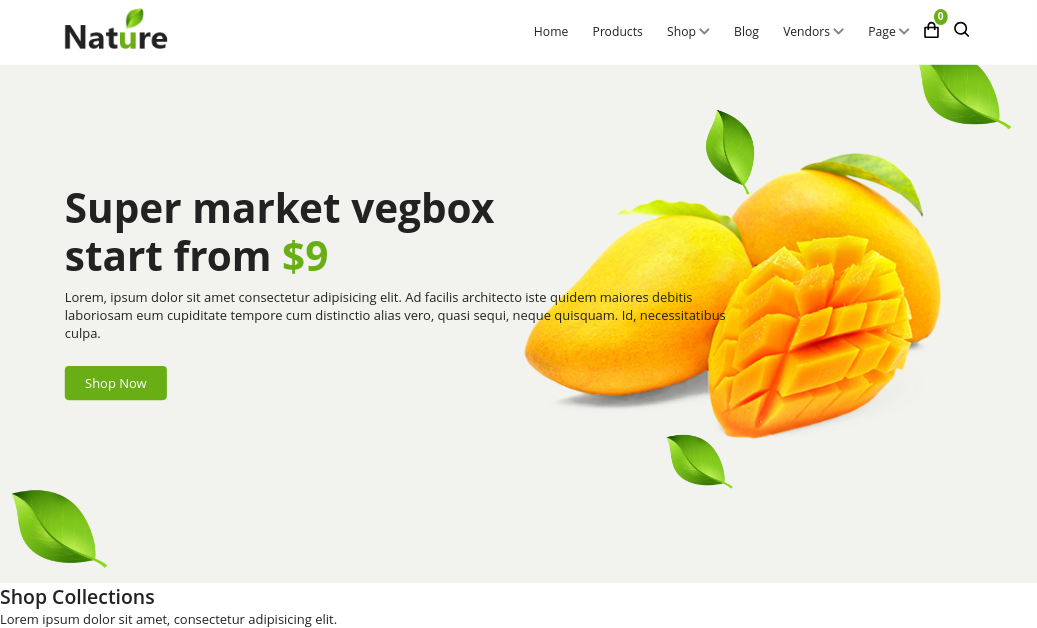
Repository: hoanggiainfomation/hoanggiainfomation.github.io
Page: index.html
An editor plug-in stored every save of this project. The page is shown before and after the next save, followed by the edit.
The browser window is 1280 px wide. The pictures show the whole page, at 81% of full size.
Some web libraries are served in a nearby version.

Above is the page before, as saved 2021-08-17 19:56:42.

After the next save:
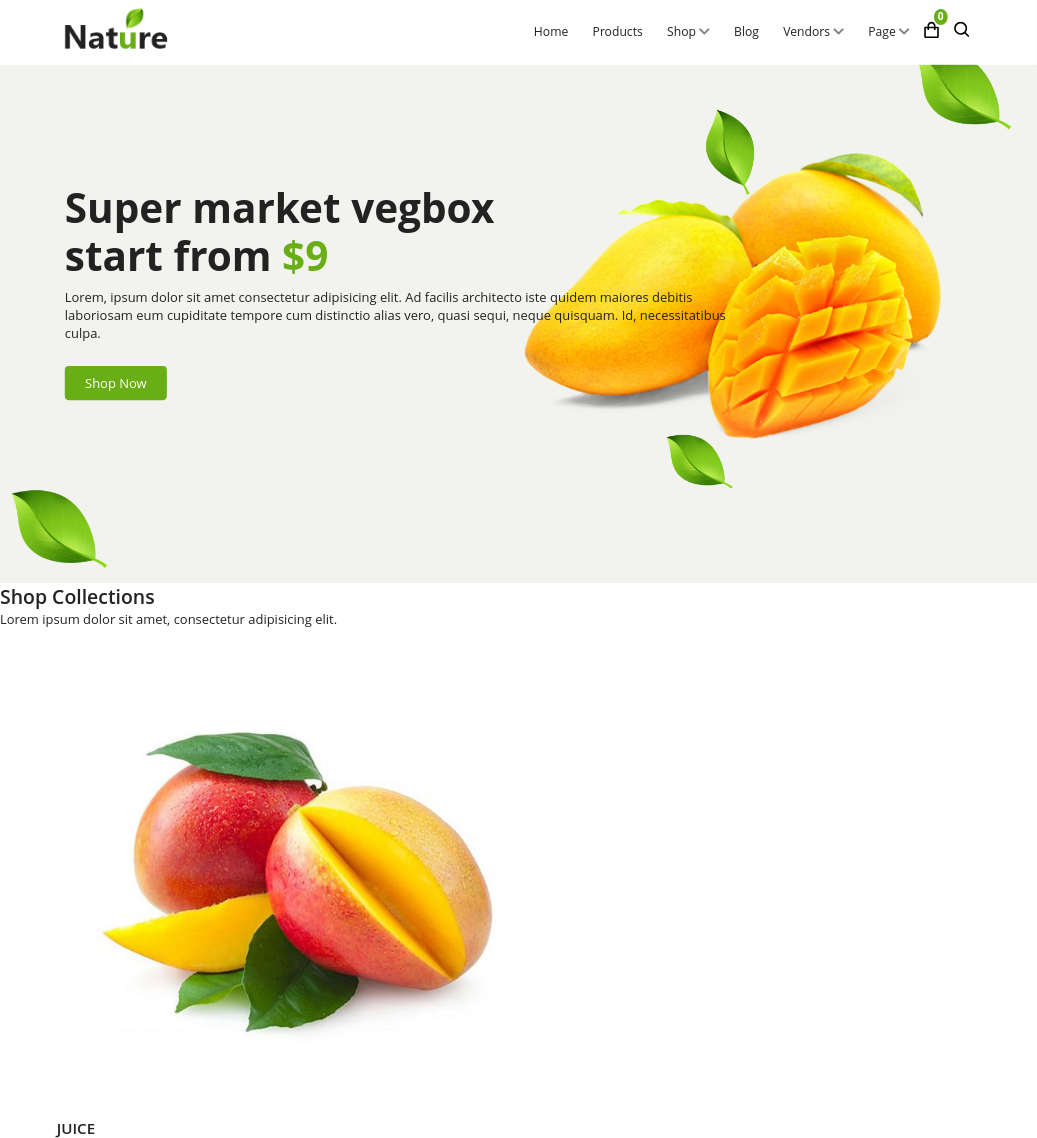
Saved 74 s later.
--- a/index.html
+++ b/index.html
@@ -211,6 +211,14 @@
         <h2>Shop Collections</h2>
         <span>Lorem ipsum dolor sit amet, consectetur adipisicing elit.</span>
       </div>
+      <div class="collection-layout container">
+        <div class="collection-item">
+          <img src="./images/product-1.jpg" alt="" />
+          <div class="collection-content">
+            <h3>JUICE</h3>
+          </div>
+        </div>
+      </div>
     </section>
     <!-- ======== SwiperJS ======= -->
     <script src="https://cdnjs.cloudflare.com/ajax/libs/Swiper/6.7.5/swiper-bundle.min.js"></script>
